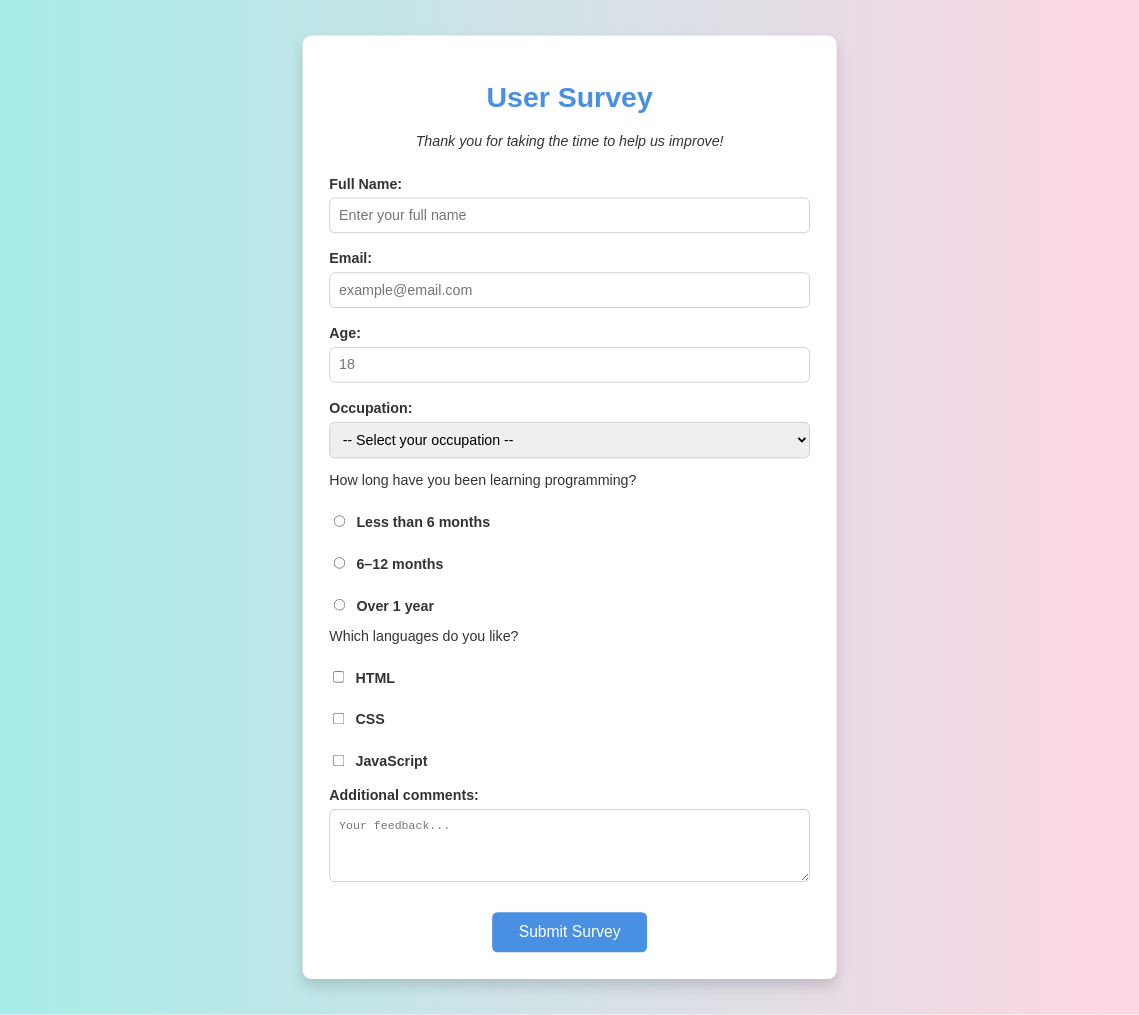
Repository: vtra0367/vtra0367.github.io
Page: survey.html
An editor plug-in stored every save of this project. The page is shown before and after the next save, followed by the edit.
The browser window is 1280 px wide. The pictures show the whole page, at 89% of full size.

Above is the page before, as saved 2025-08-06 11:57:27.

After the next save:
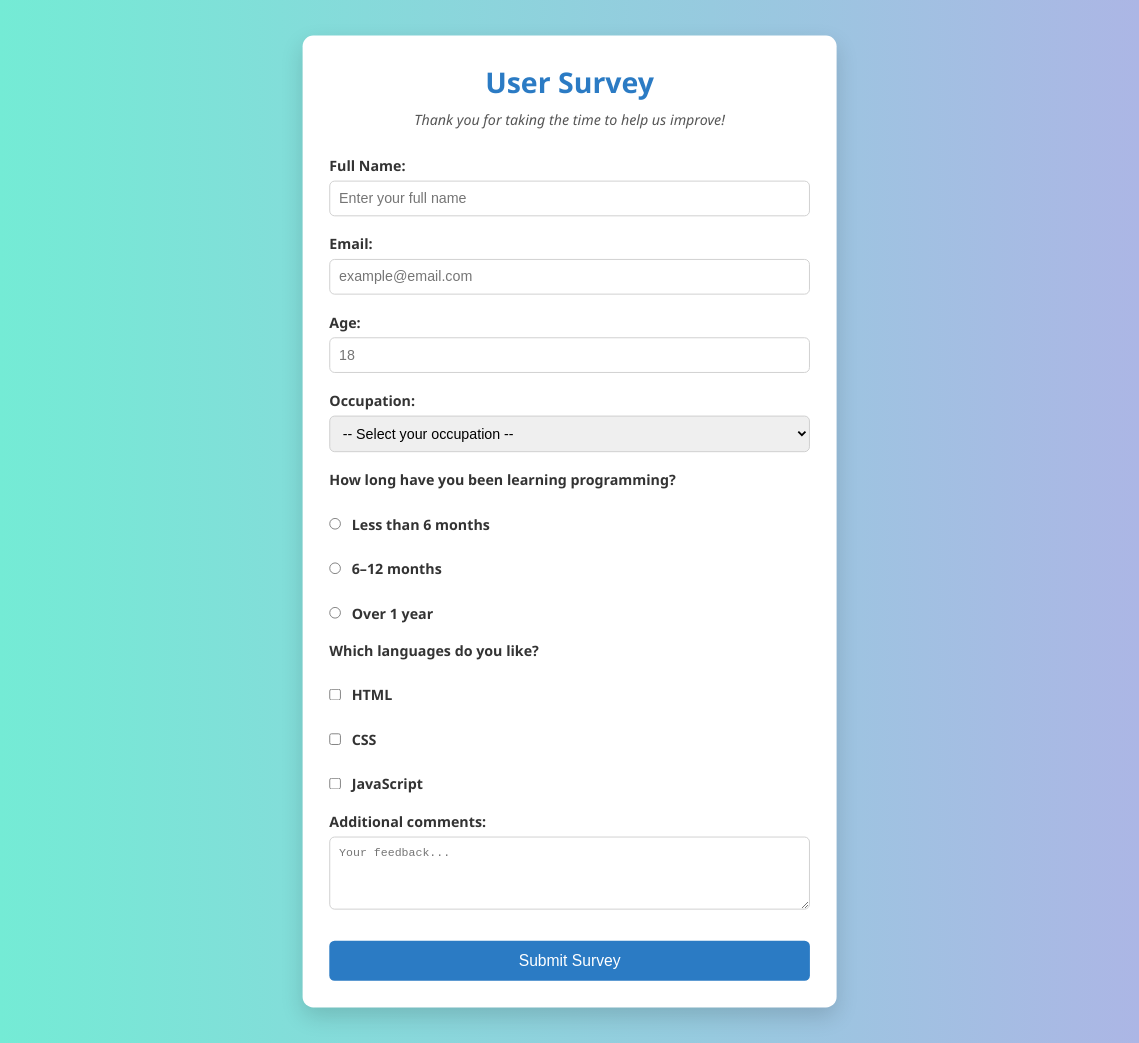
Saved 3 min 26 s later.
--- a/survey.css
+++ b/survey.css
@@ -1,35 +1,43 @@
+/* === RESET === */
 * {
     box-sizing: border-box;
+    margin: 0;
+    padding: 0;
   }
 
   body {
-    font-family: Arial, sans-serif;
-    background: linear-gradient(to right, #a8edea, #fed6e3);
-    margin: 0;
-    padding: 0;
+    font-family: 'Segoe UI', sans-serif;
+    background: linear-gradient(to right, #74ebd5, #ACB6E5);
+    min-height: 100vh;
+    padding: 40px 20px;
     color: #333;
   }
 
+  /* === CONTAINER === */
   .container {
     max-width: 600px;
-    margin: 40px auto;
-    background: white;
+    background: #fff;
+    margin: auto;
     padding: 30px;
-    border-radius: 10px;
-    box-shadow: 0 8px 16px rgba(0,0,0,0.15);
+    border-radius: 12px;
+    box-shadow: 0 10px 25px rgba(0, 0, 0, 0.15);
   }
 
-  h1 {
+  /* === TITLE === */
+  #title {
     text-align: center;
-    color: #4a90e2;
+    color: #2b7bc4;
+    margin-bottom: 10px;
   }
 
   #description {
     text-align: center;
+    font-style: italic;
     margin-bottom: 30px;
-    font-style: italic;
+    color: #555;
   }
 
+  /* === FORM ELEMENTS === */
   form label {
     display: block;
     margin-top: 20px;
@@ -47,27 +55,43 @@
     border: 1px solid #ccc;
     border-radius: 6px;
     font-size: 1em;
+    transition: border 0.3s ease;
   }
 
+  input:focus,
+  select:focus,
+  textarea:focus {
+    border-color: #4a90e2;
+    outline: none;
+  }
+
+  /* === RADIO & CHECKBOX === */
   input[type="radio"],
   input[type="checkbox"] {
     margin-right: 8px;
-    margin-top: 10px;
+    margin-top: 12px;
   }
 
-  button {
-    display: block;
-    margin: 30px auto 0;
+  form p {
+    margin-top: 20px;
+    font-weight: bold;
+  }
+
+  /* === SUBMIT BUTTON === */
+  button[type="submit"] {
+    margin-top: 30px;
     padding: 12px 30px;
-    background-color: #4a90e2;
+    background-color: #2b7bc4;
     color: white;
     border: none;
     border-radius: 6px;
     font-size: 1.1em;
     cursor: pointer;
     transition: background-color 0.3s ease;
+    display: block;
+    width: 100%;
   }
 
-  button:hover {
-    background-color: #357ab8;
+  button[type="submit"]:hover {
+    background-color: #1e5e99;
   }
